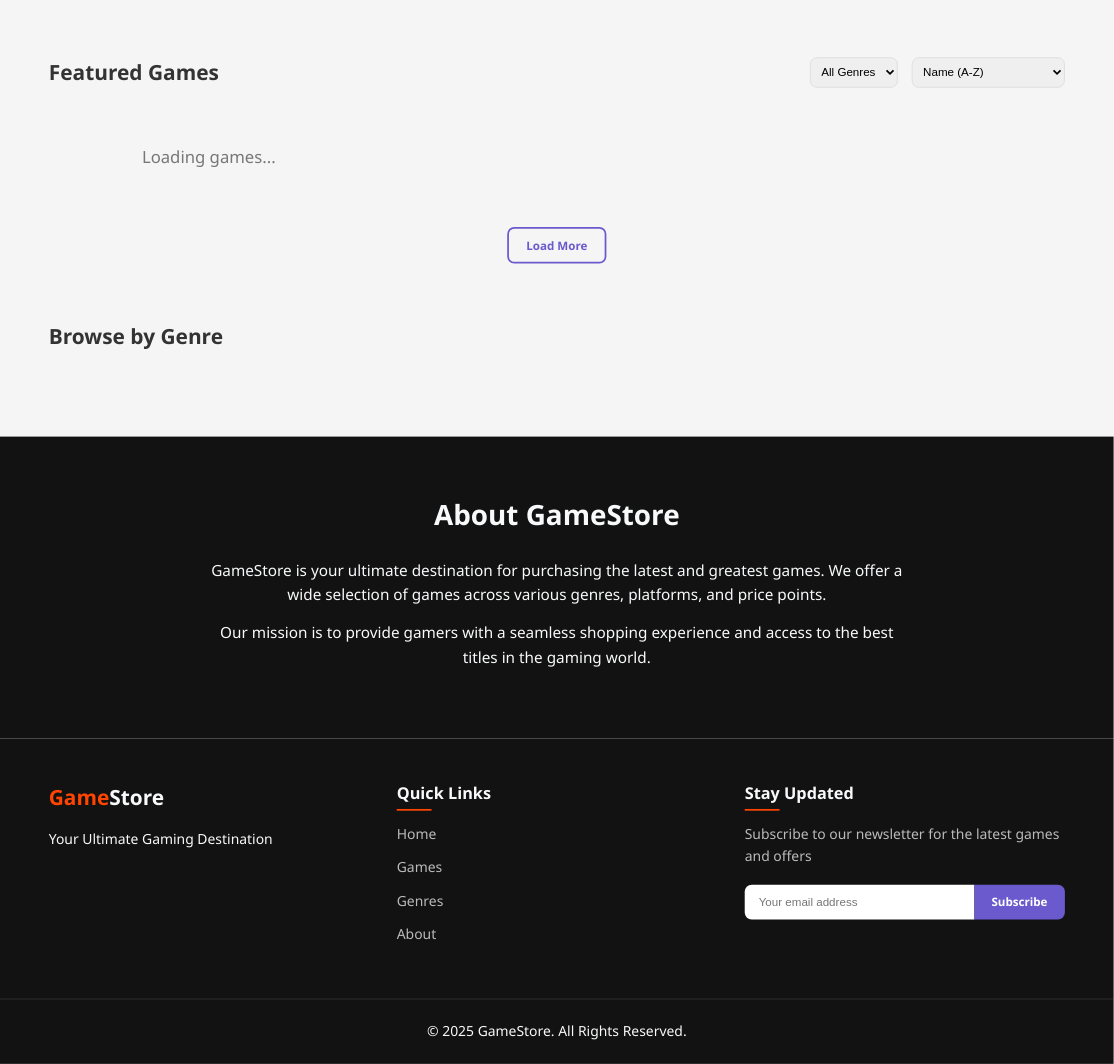
Repository: mbakry484/GameStore
Page: wwwroot/index.html
An editor plug-in stored every save of this project. The page is shown before and after the next save, followed by the edit.
The browser window is 1280 px wide. The pictures show the part of the page from y = 578 to 1801 px (the page is 1801 px tall), at 87% of full size.
The page's requests for data from a server got no answer.

Above is the page before, as saved 2025-04-20 15:19:10.

After the next save:
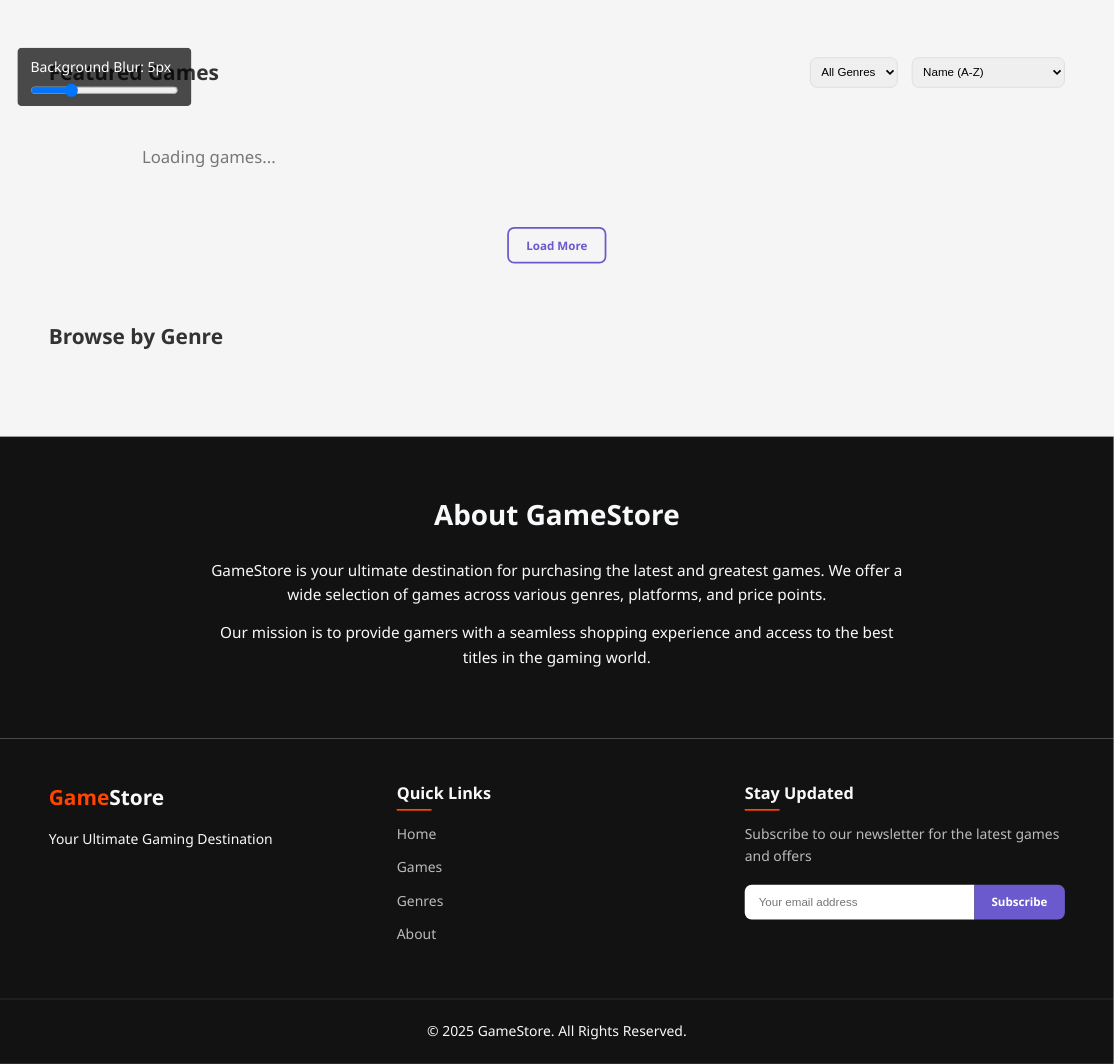
Saved 12 s later.
--- a/wwwroot/js/main.js
+++ b/wwwroot/js/main.js
@@ -42,6 +42,9 @@ document.addEventListener('DOMContentLoaded', function () {
 
             // Set up event listeners
             setupEventListeners();
+
+            // Hero section blur control
+            setupBlurControl();
         } catch (error) {
             showNotification('Error loading data: ' + error.message, 'error');
         }
@@ -482,4 +485,68 @@ document.addEventListener('DOMContentLoaded', function () {
             notification.style.transform = 'translateY(20px)';
         }, 3000);
     }
+
+    // Function to set up blur control for hero section
+    function setupBlurControl() {
+        // Create the control element
+        const controlContainer = document.createElement('div');
+        controlContainer.className = 'blur-control';
+        controlContainer.innerHTML = `
+            <label for="blur-slider">Background Blur: <span id="blur-value">5px</span></label>
+            <input type="range" id="blur-slider" min="0" max="20" value="5" step="1">
+        `;
+
+        // Add styles for the control
+        const style = document.createElement('style');
+        style.textContent = `
+            .blur-control {
+                position: fixed;
+                bottom: 20px;
+                left: 20px;
+                background: rgba(0, 0, 0, 0.7);
+                color: white;
+                padding: 10px 15px;
+                border-radius: 5px;
+                z-index: 1000;
+                display: flex;
+                flex-direction: column;
+                width: 200px;
+            }
+            .blur-control label {
+                margin-bottom: 5px;
+            }
+            .blur-control input {
+                width: 100%;
+            }
+        `;
+        document.head.appendChild(style);
+
+        // Append to body
+        document.body.appendChild(controlContainer);
+
+        // Set up event listener
+        const blurSlider = document.getElementById('blur-slider');
+        const blurValue = document.getElementById('blur-value');
+        const heroSection = document.querySelector('.hero');
+
+        blurSlider.addEventListener('input', function () {
+            const value = this.value;
+            blurValue.textContent = `${value}px`;
+
+            // Update the blur
+            document.documentElement.style.setProperty('--hero-blur', `${value}px`);
+
+            // Add the CSS variable if it doesn't exist
+            if (!heroSection.style.getPropertyValue('--hero-blur')) {
+                const beforeElement = document.createElement('style');
+                beforeElement.textContent = `
+                    .hero::before {
+                        backdrop-filter: blur(var(--hero-blur, 5px));
+                        -webkit-backdrop-filter: blur(var(--hero-blur, 5px));
+                    }
+                `;
+                document.head.appendChild(beforeElement);
+            }
+        });
+    }
 });
